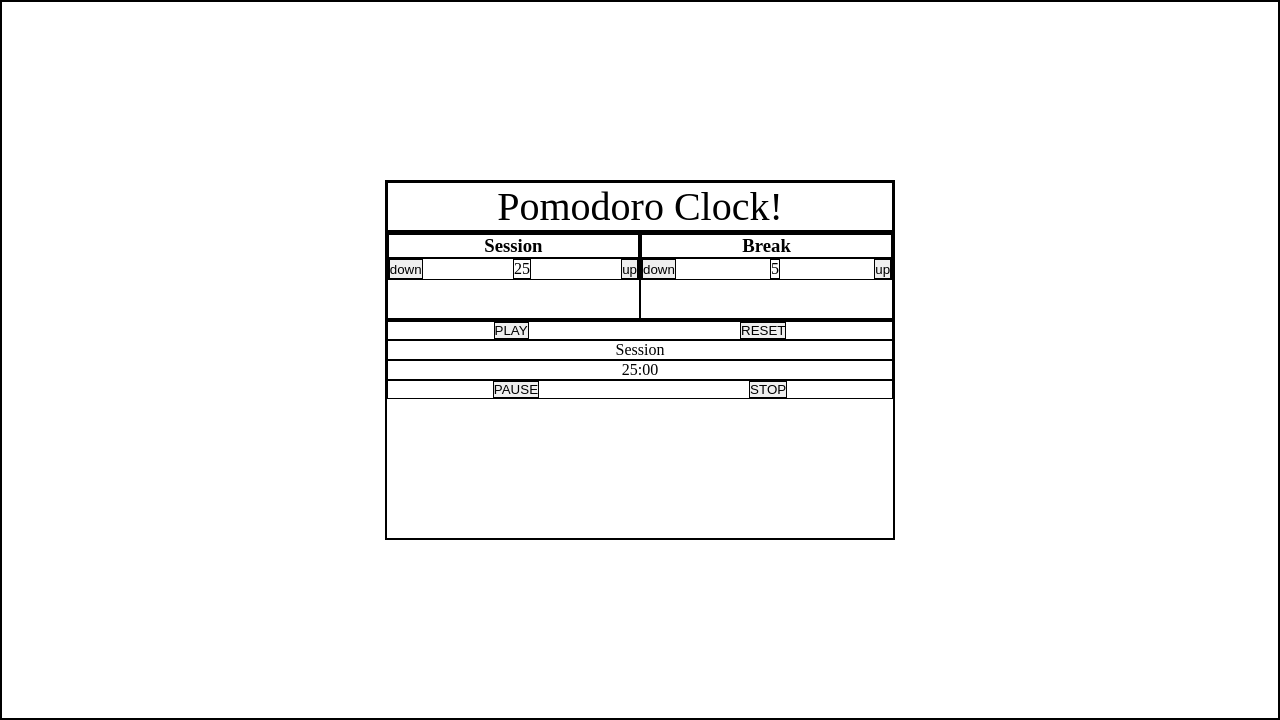
Repository: mcostigliola/pomodoroTimer
Page: index.html
An editor plug-in stored every save of this project. The page is shown before and after the next save, followed by the edit.
The browser window is 1280 px wide. The pictures show the whole page.

Above is the page before, as saved 2020-06-05 19:51:24.

After the next save:
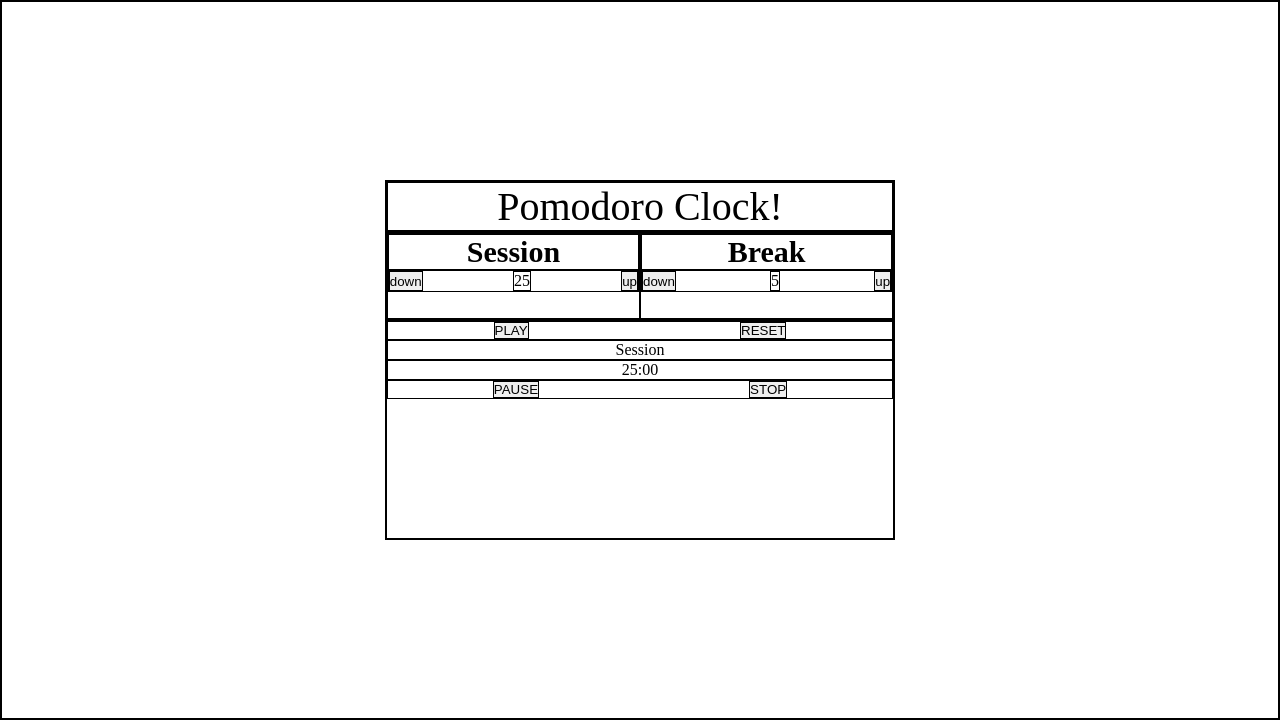
Saved 2 min 59 s later.
--- a/main.css
+++ b/main.css
@@ -61,6 +61,10 @@ body{
     justify-content: space-between;
 }
 
+.cnfg-name{
+    font-size: 30px;
+}
+
 
 .timer-configurator{
     display: flex;
